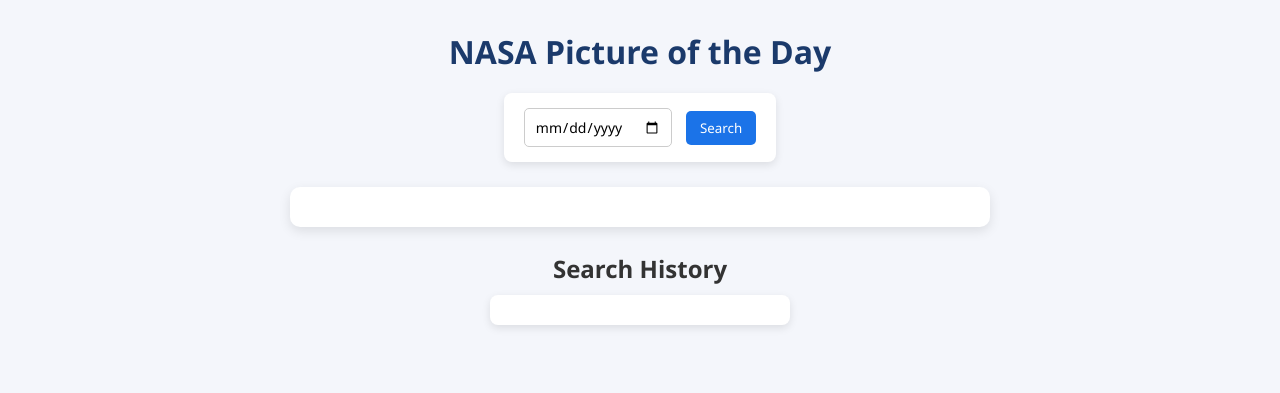
Repository: Lokesh-0987/Module-Test
Page: index.html
The author's editor kept a copy of each file at every save. The page is drawn from the files as they stood at one save, then again after the next save.
The browser window is 1280 px wide. The pictures show the whole page.
The page's requests for data from a server got no answer.

Above is the page before, as saved 2026-03-05 23:57:17.
Console error: SyntaxError: Invalid or unexpected token

### index.html
<!doctype html>
<html lang="en">
	<head>
		<meta charset="UTF-8" />
		<title>NASA Picture of the Day</title>
		<link rel="stylesheet" href="style.css" />
	</head>
	<body>
		<h1>NASA Picture of the Day</h1>

		<form id="search-form">
			<input type="date" id="search-input" required />
			<button type="submit">Search</button>
		</form>

		<section id="current-image-container"></section>

		<h2>Search History</h2>
		<ul id="search-history"></ul>

		<script src="config.js"></script>
		<script src="script.js"></script>
	</body>
</html>

### style.css
* {
	margin: 0;
	padding: 0;
	box-sizing: border-box;
	font-family: "Segoe UI", Tahoma, Geneva, Verdana, sans-serif;
}

body {
	background: #f4f6fb;
	color: #333;
	display: flex;
	flex-direction: column;
	align-items: center;
	min-height: 100vh;
	padding: 30px;
}

h1 {
	margin-bottom: 20px;
	color: #1b3a6b;
}

form {
	background: white;
	padding: 15px 20px;
	border-radius: 8px;
	box-shadow: 0px 3px 8px rgba(0, 0, 0, 0.1);
	margin-bottom: 25px;
}

#search-input {
	padding: 8px 10px;
	font-size: 14px;
	border: 1px solid #ccc;
	border-radius: 5px;
	margin-right: 10px;
}

button {
	padding: 8px 14px;
	background: #1b73e8;
	color: white;
	border: none;
	border-radius: 5px;
	cursor: pointer;
}

button:hover {
	background: #125ac4;
}

#current-image-container {
	width: 700px;
	background: white;
	padding: 20px;
	border-radius: 10px;
	box-shadow: 0px 4px 12px rgba(0, 0, 0, 0.1);
	margin-bottom: 25px;
}

#current-image-container img {
	width: 100%;
	border-radius: 8px;
	margin: 15px 0;
}

#current-image-container h3 {
	color: #1b3a6b;
	margin-bottom: 10px;
}

#current-image-container p {
	line-height: 1.6;
}

h2 {
	margin-bottom: 10px;
}

#search-history {
	width: 300px;
	background: white;
	border-radius: 8px;
	padding: 15px;
	list-style: none;
	box-shadow: 0px 3px 8px rgba(0, 0, 0, 0.1);
}

#search-history li {
	padding: 8px;
	border-bottom: 1px solid #eee;
	cursor: pointer;
	transition: background 0.2s;
}

#search-history li:hover {
	background: #f0f4ff;
}

#search-history li:last-child {
	border-bottom: none;
}

### config.js
NASA_API_KEY = 8JszuKuUpARvhbuRRf0Y0YpqETcm4rAUk0JtaVkh

### script.js
const API_KEY = NASA_API_KEY;

const container = document.getElementById("current-image-container");
const form = document.getElementById("search-form");
const input = document.getElementById("search-input");
const historyList = document.getElementById("search-history");

function getCurrentImageOfTheDay() {
	const currentDate = new Date().toISOString().split("T")[0];

	fetch(
		`https://api.nasa.gov/planetary/apod?api_key=${API_KEY}&date=${currentDate}`,
	)
		.then((res) => res.json())
		.then((data) => displayImage(data))
		.catch((err) => {
			container.innerHTML = "<p>Error loading image.</p>";
			console.error(err);
		});
}

function getImageOfTheDay(date) {
	fetch(`https://api.nasa.gov/planetary/apod?api_key=${API_KEY}&date=${date}`)
		.then((res) => res.json())
		.then((data) => {
			displayImage(data);

			saveSearch(date);
			addSearchToHistory();
		})
		.catch((err) => {
			container.innerHTML = "<p>Error fetching image.</p>";
			console.error(err);
		});
}

function displayImage(data) {
	container.innerHTML = `
    <h3>${data.title}</h3>
    <img src="${data.url}" alt="${data.title}">
    <p>${data.explanation}</p>
    <p><strong>Date:</strong> ${data.date}</p>
  `;
}

function saveSearch(date) {
	let searches = JSON.parse(localStorage.getItem("searches")) || [];

	if (!searches.includes(date)) {
		searches.push(date);
	}

	localStorage.setItem("searches", JSON.stringify(searches));
}

function addSearchToHistory() {
	historyList.innerHTML = "";

	const searches = JSON.parse(localStorage.getItem("searches")) || [];

	searches.forEach((date) => {
		const li = document.createElement("li");

		li.textContent = date;

		li.addEventListener("click", () => {
			getImageOfTheDay(date);
		});

		historyList.appendChild(li);
	});
}

form.addEventListener("submit", function (e) {
	e.preventDefault();

	const selectedDate = input.value;

	if (selectedDate) {
		getImageOfTheDay(selectedDate);
	}
});

window.addEventListener("load", () => {
	getCurrentImageOfTheDay();
	addSearchToHistory();
});

After the next save:
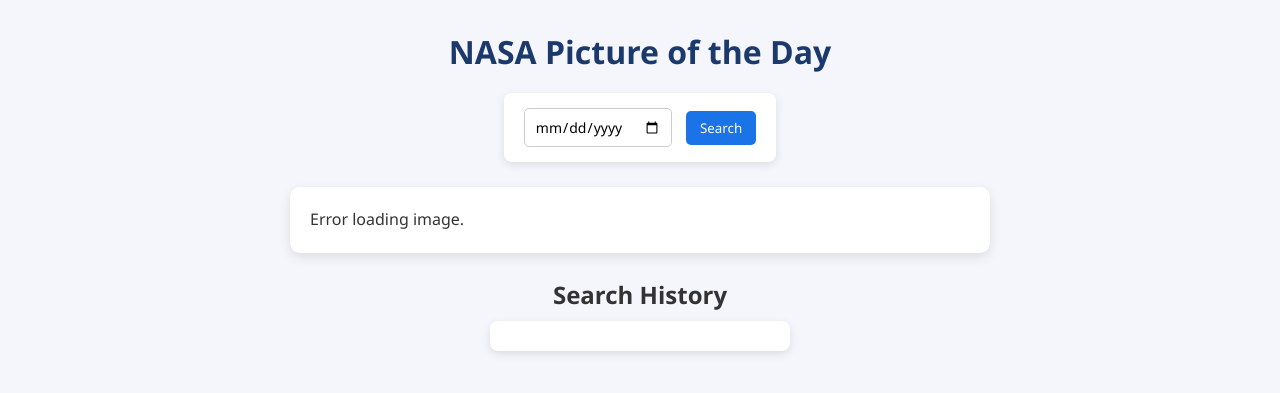
The error is gone.
Saved 31 s later.
--- a/config.js
+++ b/config.js
@@ -1 +1 @@
-NASA_API_KEY = 8JszuKuUpARvhbuRRf0Y0YpqETcm4rAUk0JtaVkh
+NASA_API_KEY = "8JszuKuUpARvhbuRRf0Y0YpqETcm4rAUk0JtaVkh";
